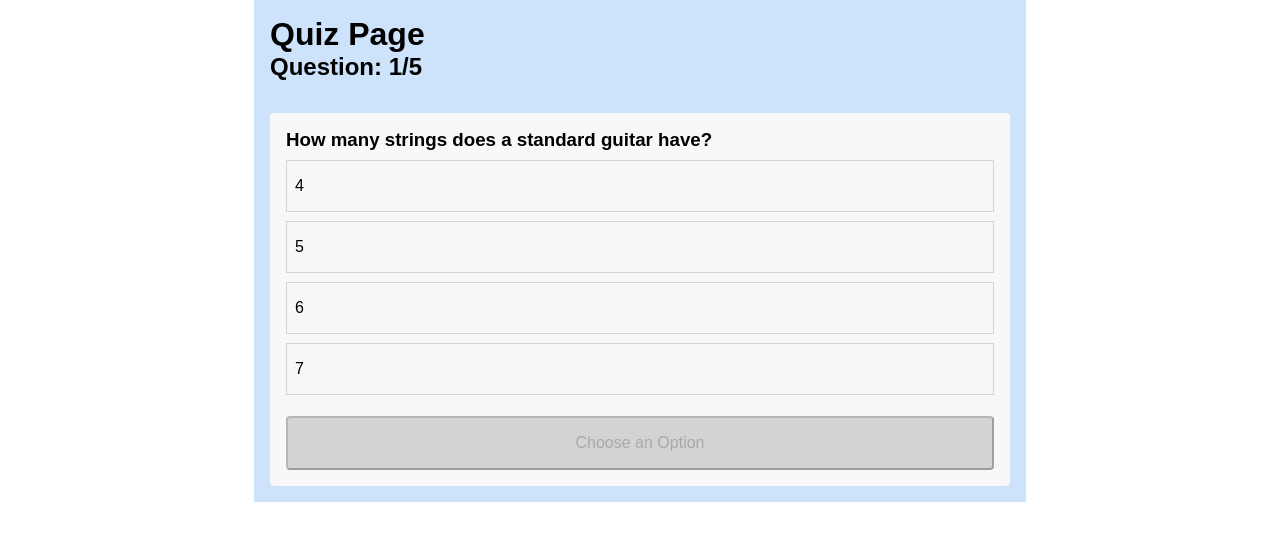
Repository: 1medi/pocketprof
Page: /quiz/page
An editor plug-in stored every save of this project. The page is shown before and after the next save, followed by the edit.
The browser window is 1280 px wide. The pictures show the whole page.
The project was rebuilt for these pictures with package versions that can differ from the ones it lists, and the page was loaded fresh each time. The framework's server and built-in components were replaced by stand-ins that run in the browser. Also part of the build but not shown: next.config.mjs.

Above is the page before, as saved 2024-04-08 10:01:16.

After the next save:
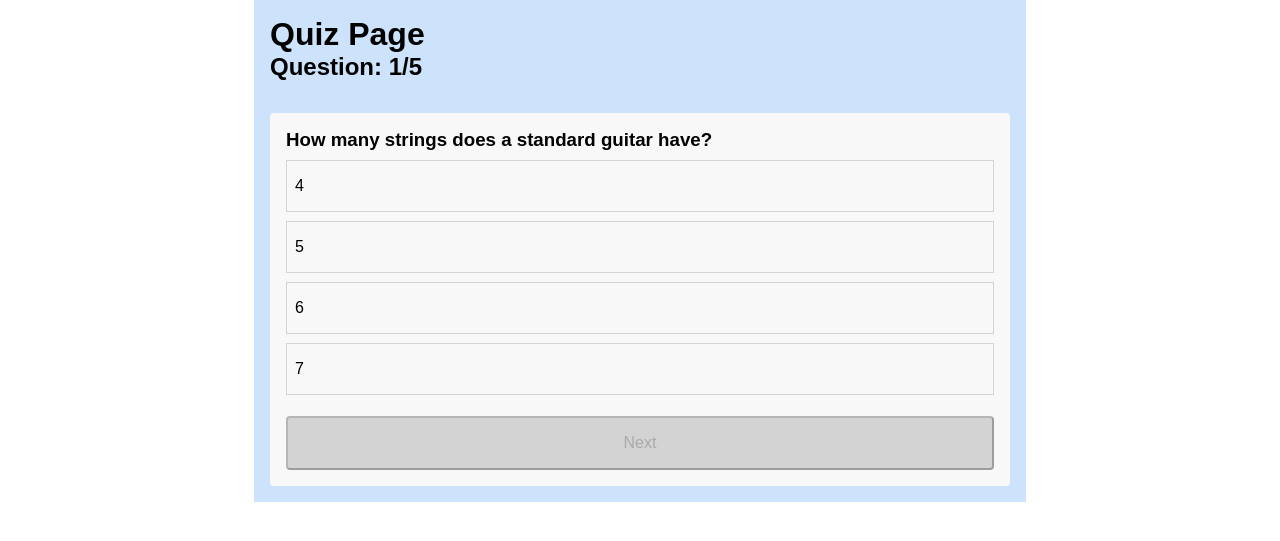
Saved 20 min 30 s later.
--- a/pages/quiz/page.jsx
+++ b/pages/quiz/page.jsx
@@ -1,5 +1,5 @@
 'use client';
-import React, { useState } from 'react';
+import React, { useState, useRef, useEffect } from 'react'; // Import useEffect
 import { quiz } from "../data"
 import styles from "./page.module.css"
 import { Montserrat } from "next/font/google"
@@ -20,12 +20,14 @@ export default function Page() {
     wrongAnswers: 0,
   });
 
+  const nextButtonRef = useRef(null); // Create a ref for the Next button
+
   const { questions } = quiz;
-  const { question, answers, correctAnswer } = questions[activeQuestion];
+  const { answers, correctAnswer } = questions[activeQuestion];
 
   const onAnswerSelected = (answer, idx, event = null) => {
-    if (event && event.type === 'keydown' && event.key !== 'Enter' && event.key !== ' ') {
-      return; // Only proceed for Enter or Space keydown, ignore other keys
+    if (event && event.type === 'keydown' && (event.key !== 'Enter' && event.key !== ' ')) {
+      return; // Ignore other keys
     }
     setChecked(true);
     setSelectedAnswerIndex(idx);
@@ -38,7 +40,13 @@ export default function Page() {
     }
   };
 
-  // Calculate score and increment to next question
+  // useEffect hook to focus on the "Next" button when an answer is selected
+  useEffect(() => {
+    if (checked && nextButtonRef.current) {
+      nextButtonRef.current.focus();
+    }
+  }, [checked]); // Dependency array includes 'checked' to trigger effect when it changes
+
   const nextQuestion = () => {
     setSelectedAnswerIndex(null);
     setResult((prev) =>
@@ -82,25 +90,24 @@ export default function Page() {
                 onClick={() => onAnswerSelected(answer, idx)}
                 onKeyDown={(event) => onAnswerSelected(answer, idx, event)}
                 className={`${styles.answerList} ${selectedAnswerIndex === idx ? styles.itemSelected : styles.itemHover}`}
-                tabIndex={0}> {/* tabIndex changed to 0 */}
+                tabIndex={0}>
                 <span>{answer}</span>
               </li>
             ))}
-            {checked ? (
-              <button onClick={nextQuestion} className={styles.btn} tabIndex={2}>
-                {activeQuestion === question.length - 1 ? 'Finish' : 'Next'}
-              </button>
-            ) : (
-              <button onClick={nextQuestion} disabled className={styles.btnDisabled}>
-                {' '}
-                {activeQuestion === question.length - 1 ? 'Finish' : 'Choose an Option'}
-              </button>
-            )}
+
+            <button
+              ref={nextButtonRef}
+              onClick={nextQuestion}
+              className={checked ? styles.btn : styles.btnDisabled}
+              tabIndex={2}
+              disabled={!checked}>
+              {activeQuestion === questions.length - 1 ? 'Finish' : 'Next'}
+            </button>
           </div>
         ) : (
           <div className={styles.quizContainer}>
             <h3 className={styles.hthree}>Results</h3>
-            <h3 className={styles.hthree}>Overall {(result.score / 25) * 100}%</h3>
+            <h3 className={styles.hthree}>Overall {(result.score / (questions.length * 5)) * 100}%</h3>
             <p className={styles.paragraph}>
               Total Questions: <span>{questions.length}</span>
             </p>
